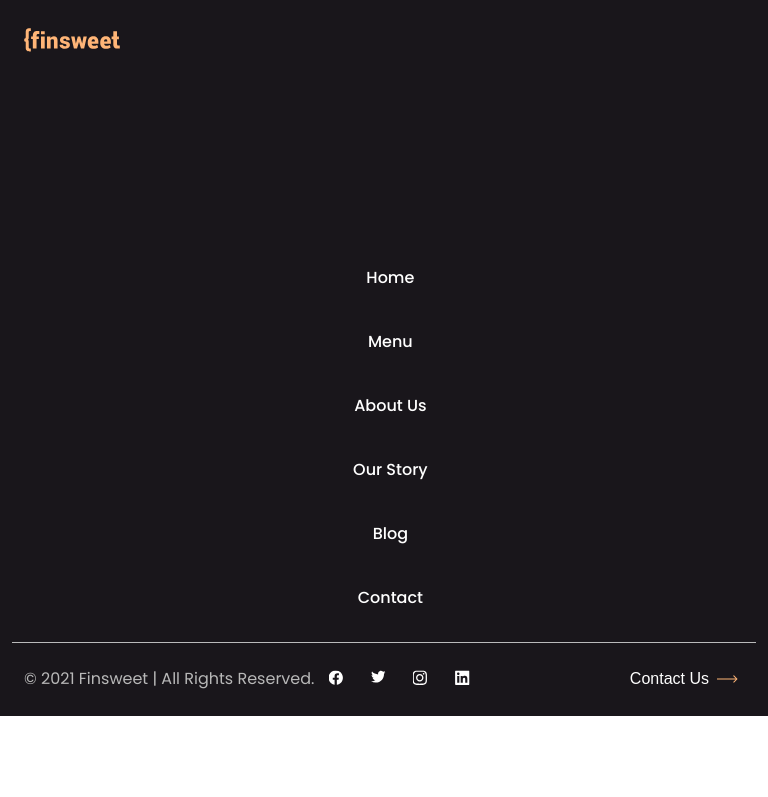
Repository: Minns-Cao/project-finsweet
Page: contact.html
The author's editor kept a copy of each file at every save. The page is drawn from the files as they stood at one save, then again after a run of saves.
The browser window is 768 px wide. The pictures show the whole page.
Some web fonts or font styles are not loaded; a fallback is used.

Above is the page before, as saved 2023-04-28 14:49:00.

After the next 4 saves:
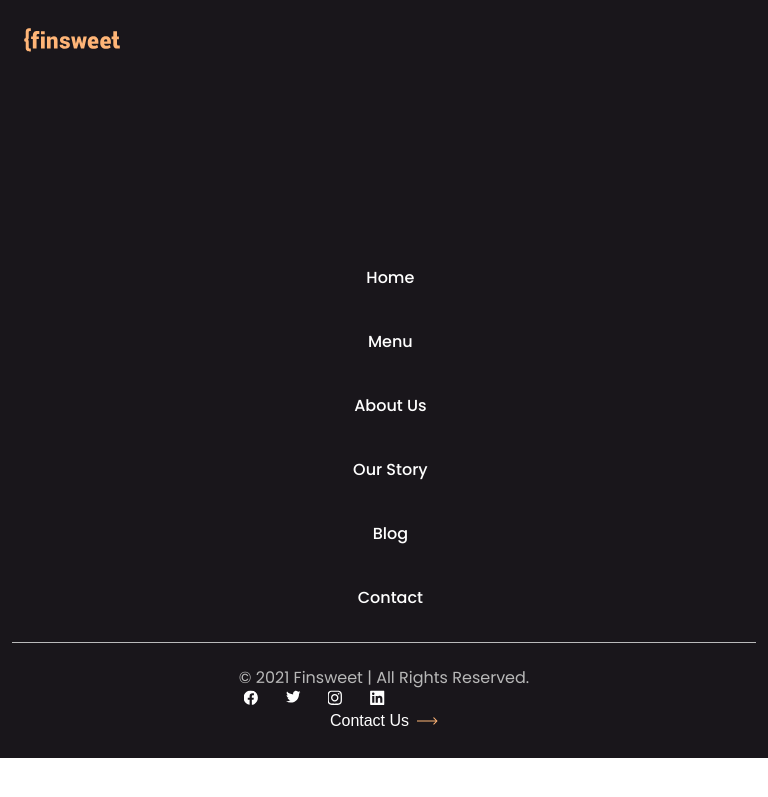
The 4 saves are shown as one change because they came seconds apart.
The last was saved 9 s later.
--- a/assets/css/style.css
+++ b/assets/css/style.css
@@ -253,5 +253,7 @@ a {
         transform: translateX(-25%);
     }
 
-    .contact
-}
+    .contact-footer {
+        flex-direction: column;
+    }
+}
